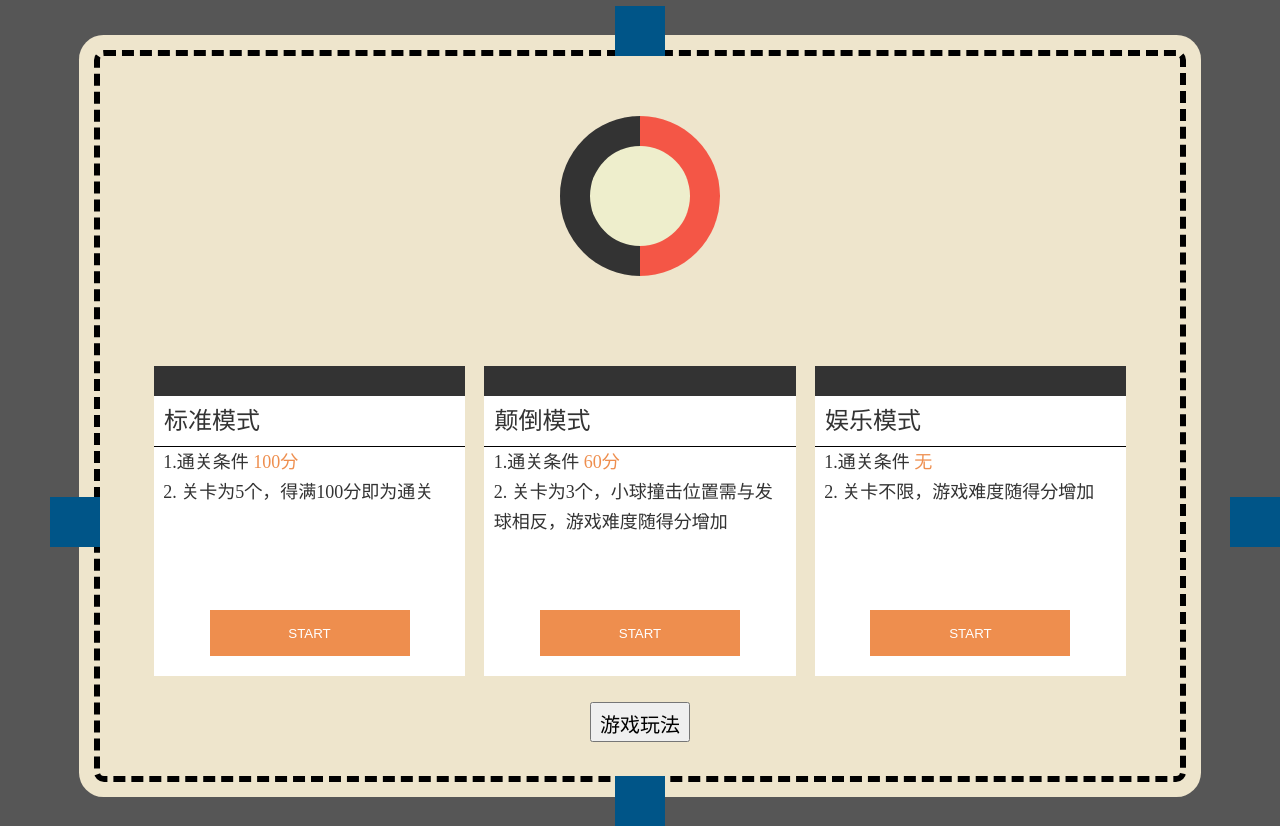
Repository: EEETA/ball-game
Page: theBall2/index.html
The author's editor kept a copy of each file at every save. The page is drawn from the files as they stood at one save, then again after the next save.
The browser window is 1280 px wide. The pictures show the whole page.

Above is the page before, as saved 2018-08-02 16:26:22.

After the next save:
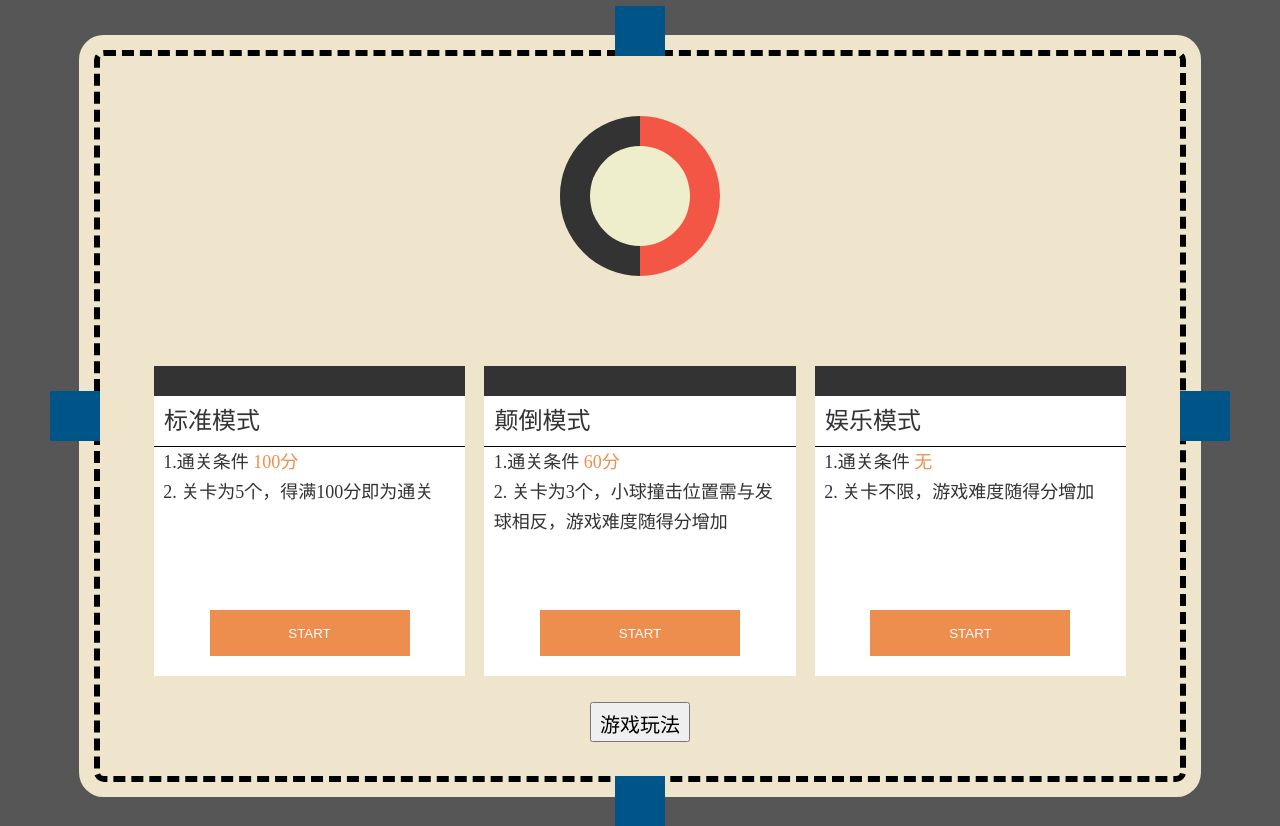
Saved 29 s later.
--- a/theBall2/style/index.css
+++ b/theBall2/style/index.css
@@ -100,7 +100,7 @@ button{outline: none;}
 .right{right: -50px}
 .top{top: -50px}
 .bottom{bottom:-50px}
-.left .div_middle,.right .div_middle{position: absolute;top: 106px;}
+/* .left .div_middle,.right .div_middle{position: absolute;top: 106px;} */
 
 .game_fraction{
     width: 100%;
